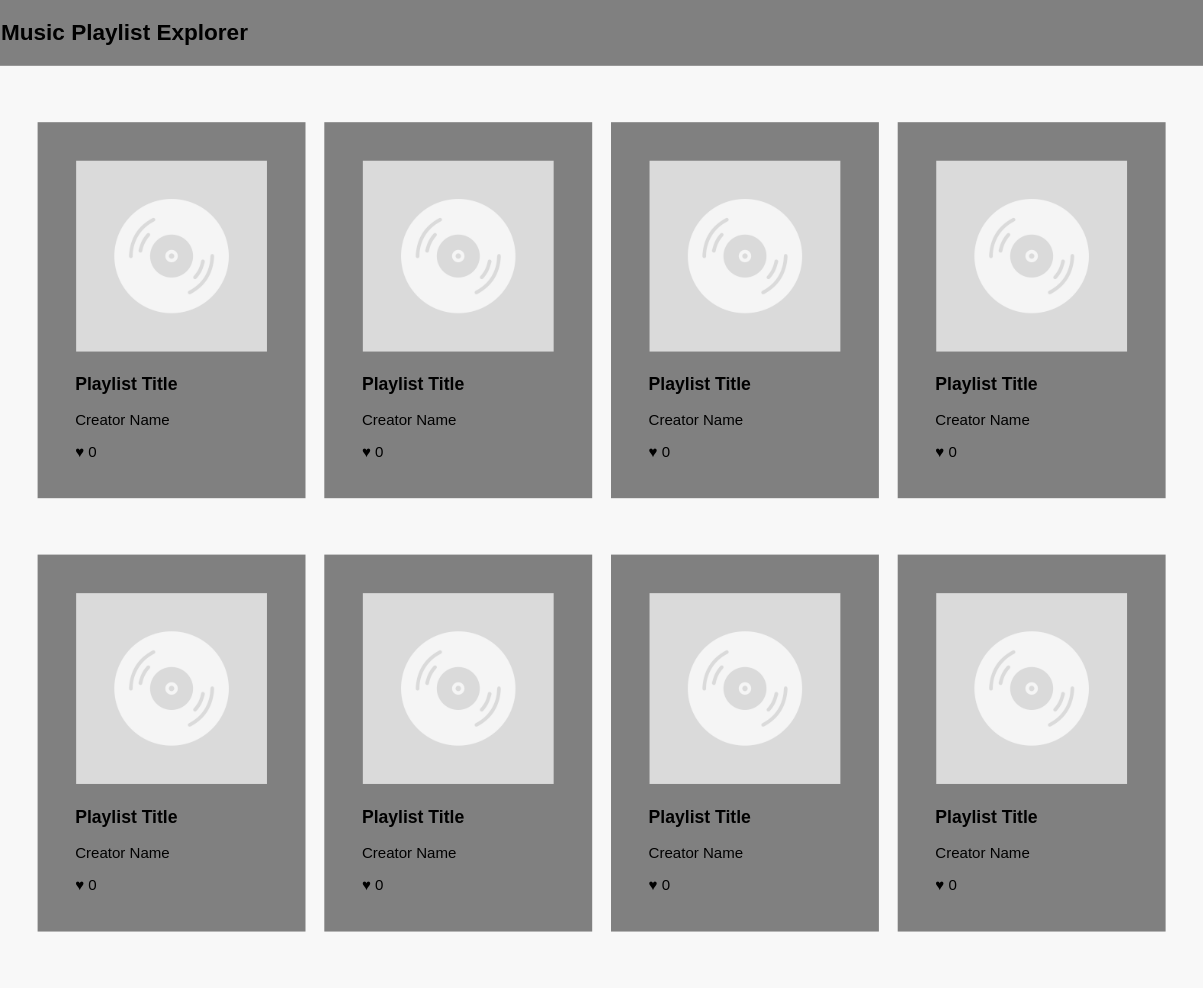
Repository: valentinaarojas/music-player-explorer
Page: index.html
These files come from the project's save history. The page is drawn as it stood at one moment and after the next save; the edit follows.
The browser window is 1280 px wide. The pictures show the whole page, at 94% of full size.

Above is the page before, as saved 2025-02-18 18:43:27.
Console error: SyntaxError: Unexpected token '{'

After the next save:
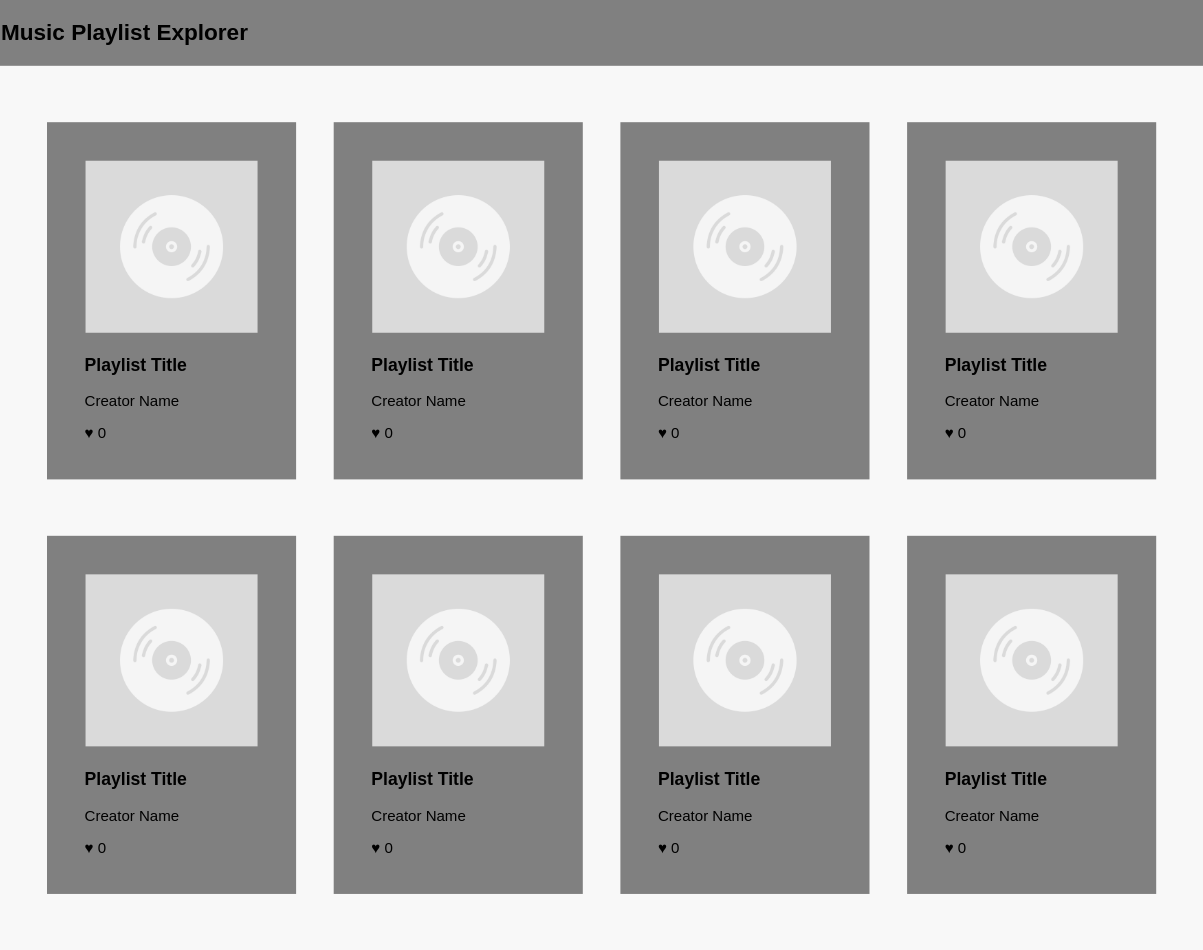
Saved 13 s later.
--- a/style.css
+++ b/style.css
@@ -18,7 +18,7 @@ body {
 
 .playlist-card {
     padding: 40px;
-    margin: 30px 10px;
+    margin: 30px 20px;
     background-color: grey;
 }
 
